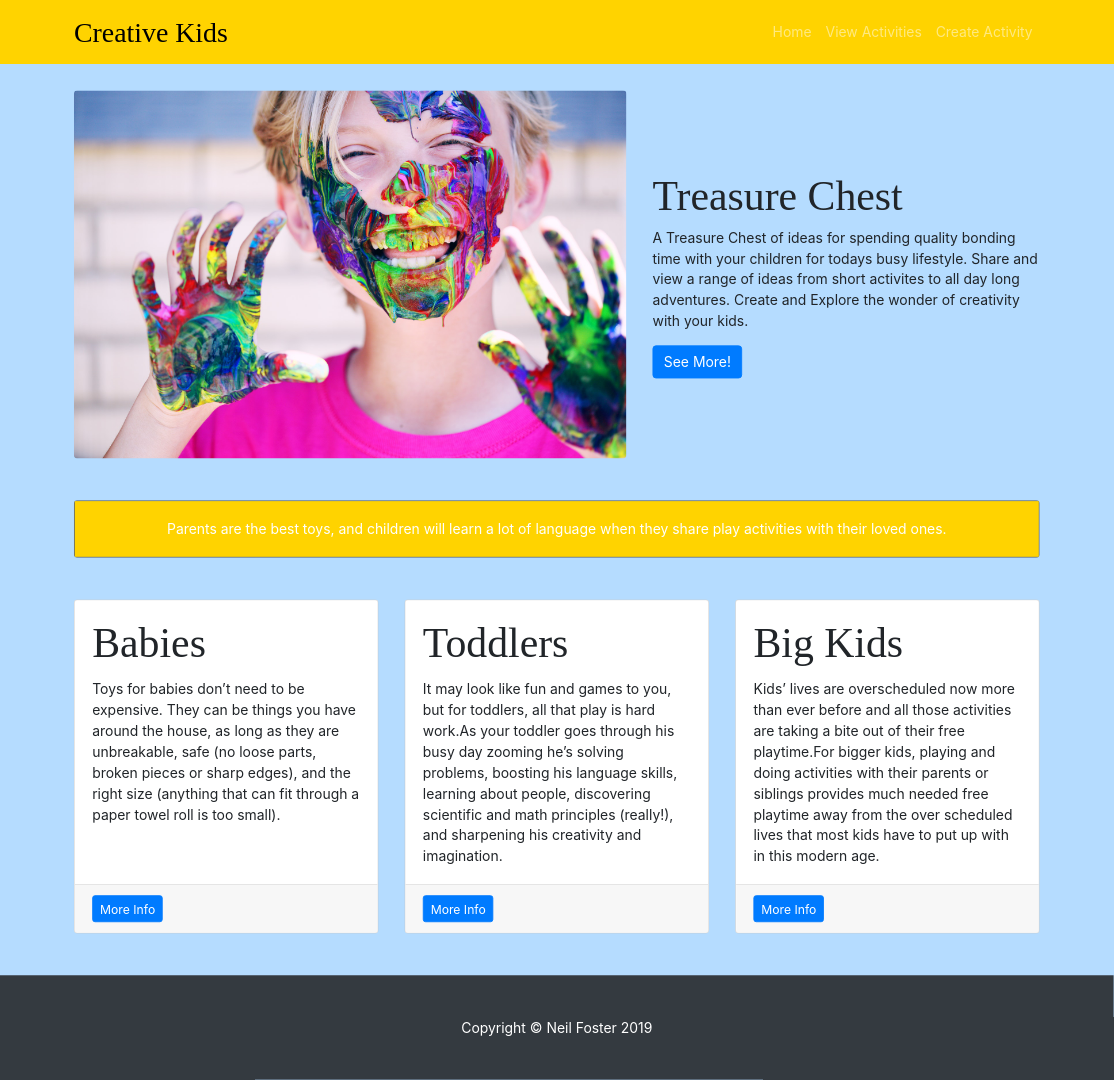
Repository: Neilfoster/milestone_project_3
Page: http://localhost/
The author's editor kept a record of every edit. The page is drawn from the files as they stood at one moment, then again after the next edit.
The browser window is 1280 px wide. The pictures show the whole page, at 87% of full size.
Some web fonts or font styles are not loaded; a fallback is used. Some web libraries are served in a nearby version. The page is served by the project's application, run on Flask 3 (app.py). Queries for data that is not in the repository find no rows.

Above is the page before.

After the next edit:
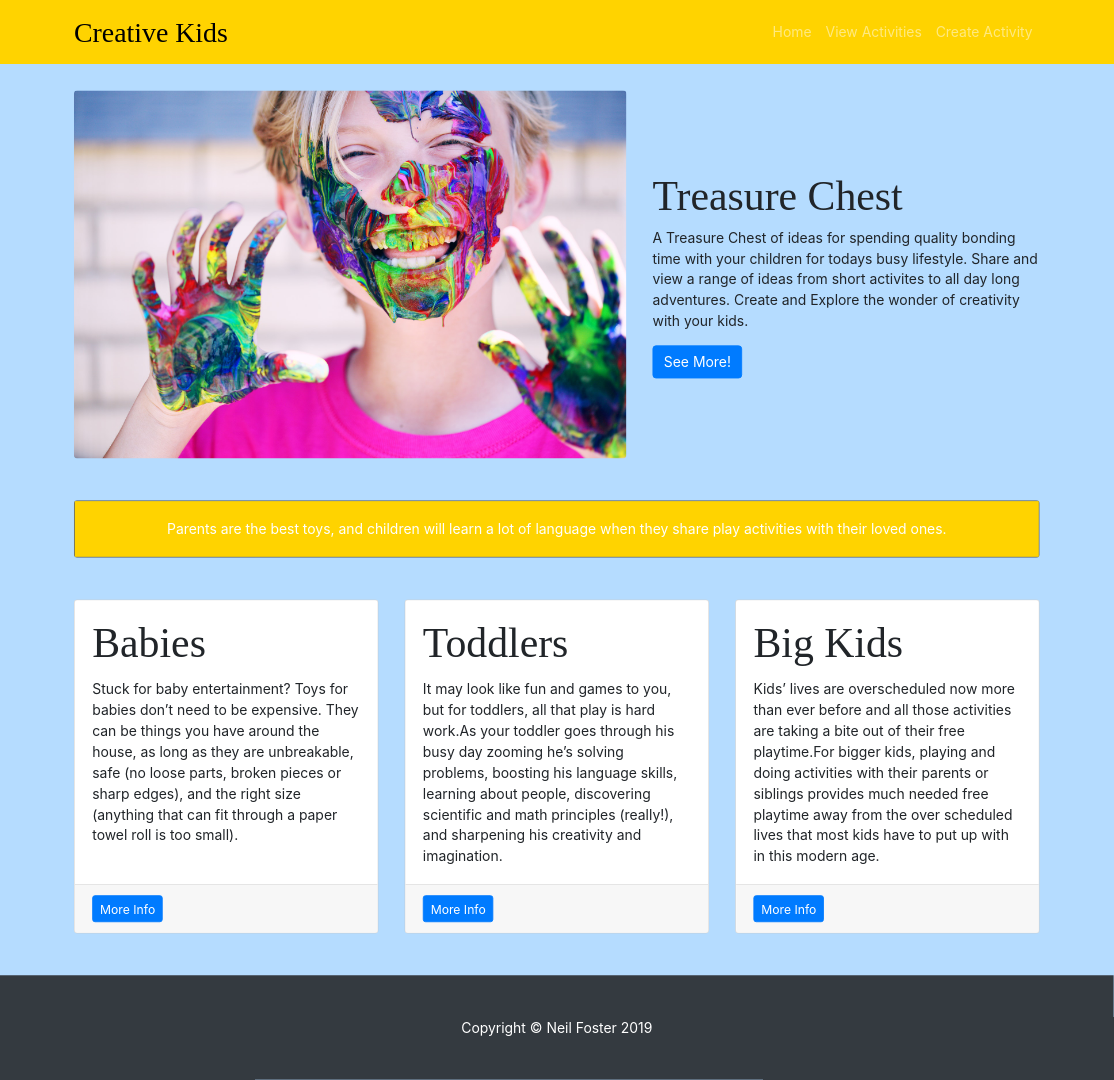
The edit:
--- a/templates/home.html
+++ b/templates/home.html
@@ -32,7 +32,7 @@
       <div class="card h-100">
         <div class="card-body">
           <h2 class="card-title home_title">Babies</h2>
-          <p class="card-text">Toys for babies don’t need to be expensive. They can be things you have around the house, as long as they are unbreakable, safe (no loose parts, broken pieces or sharp edges), and the right size (anything that can fit through a paper towel roll
+          <p class="card-text">Stuck for baby entertainment? Toys for babies don’t need to be expensive. They can be things you have around the house, as long as they are unbreakable, safe (no loose parts, broken pieces or sharp edges), and the right size (anything that can fit through a paper towel roll
             is too small).</p>
         </div>
         <div class="card-footer">
